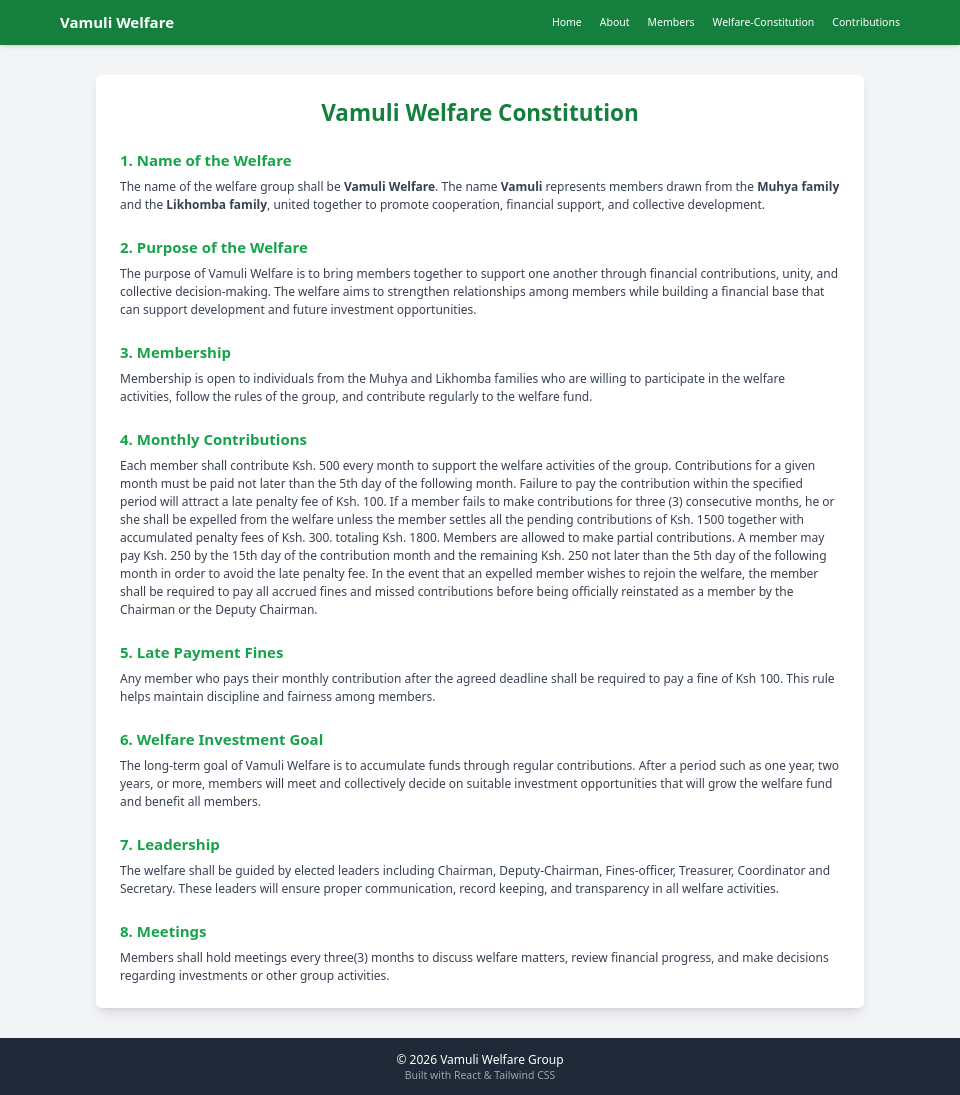
Repository: Engineer-collo/Vamuli-welfare
Page: /constitution
The author's editor kept a copy of each file at every save. The page is drawn from the files as they stood at one save, then again after a run of saves.
The browser window is 1280 px wide. The pictures show the whole page, at 75% of full size.
The project was rebuilt for these pictures with package versions that can differ from the ones it lists, and the page was loaded fresh each time. Also part of the build but not shown: vite.config.js, src/pages/contributionsData.js, src/pages/Home.jsx, src/pages/Members.jsx, src/pages/ContributionsTable.jsx, src/pages/About.jsx.

Above is the page before, as saved 2026-03-16 15:42:55.

After the next 3 saves:
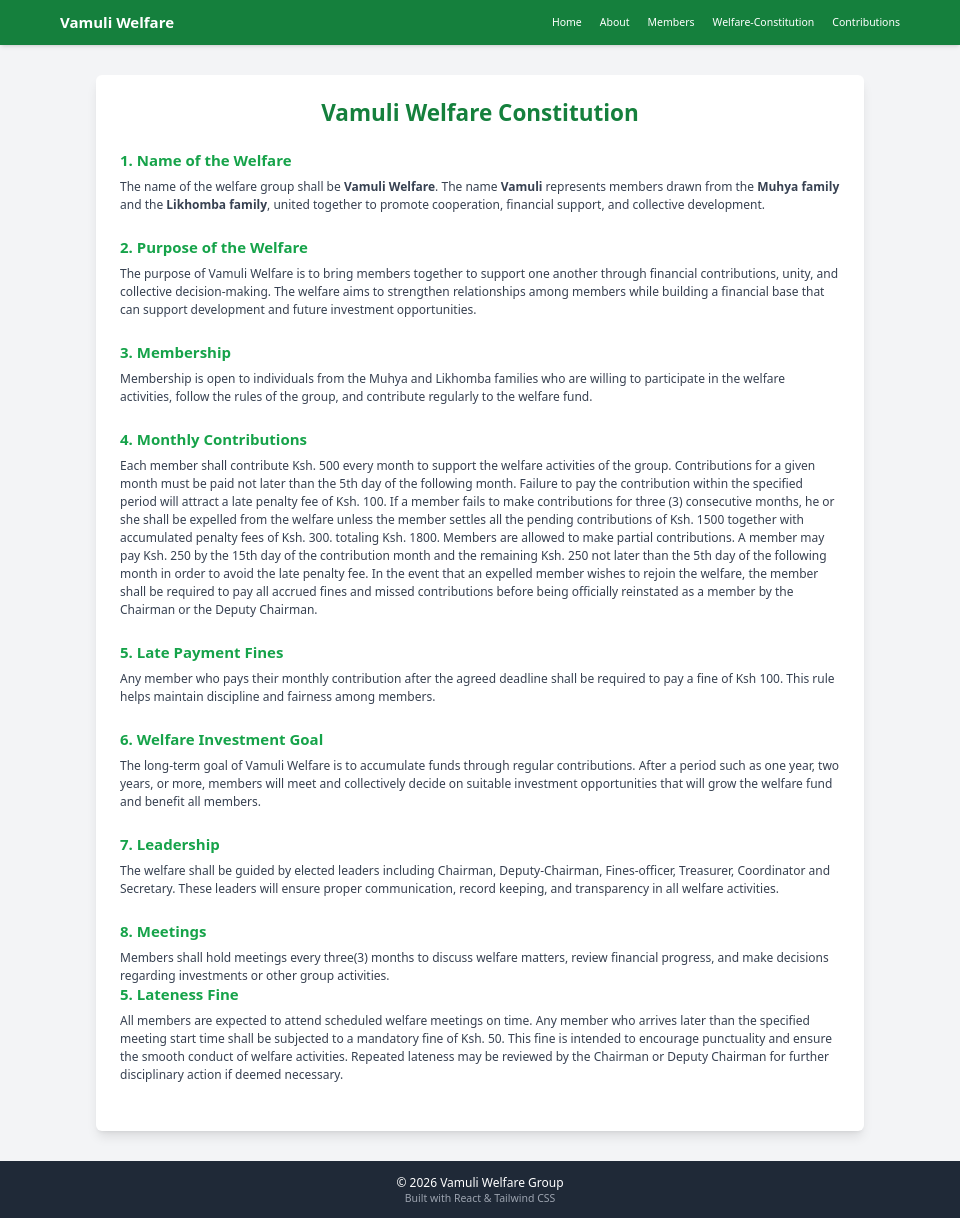
The 3 saves are shown as one change because they came seconds apart.
The last was saved 3 min 51 s later.
--- a/src/pages/WelfareConstituion.jsx
+++ b/src/pages/WelfareConstituion.jsx
@@ -145,6 +145,23 @@ function Constitution() {
         </p>
       </section>
 
+      <section className="mb-8">
+  <h2 className="text-xl font-semibold text-green-600 mb-2">
+    5. Lateness Fine
+  </h2>
+
+  <p className="text-gray-700">
+    All members are expected to attend scheduled welfare meetings on time.
+    Any member who arrives later than the specified meeting start time shall
+    be subjected to a mandatory fine of Ksh. 50.
+
+    This fine is intended to encourage punctuality and ensure the smooth
+    conduct of welfare activities. Repeated lateness may be reviewed by the
+    Chairman or Deputy Chairman for further disciplinary action if deemed
+    necessary.
+  </p>
+</section>
+
     </div>
   );
 }
